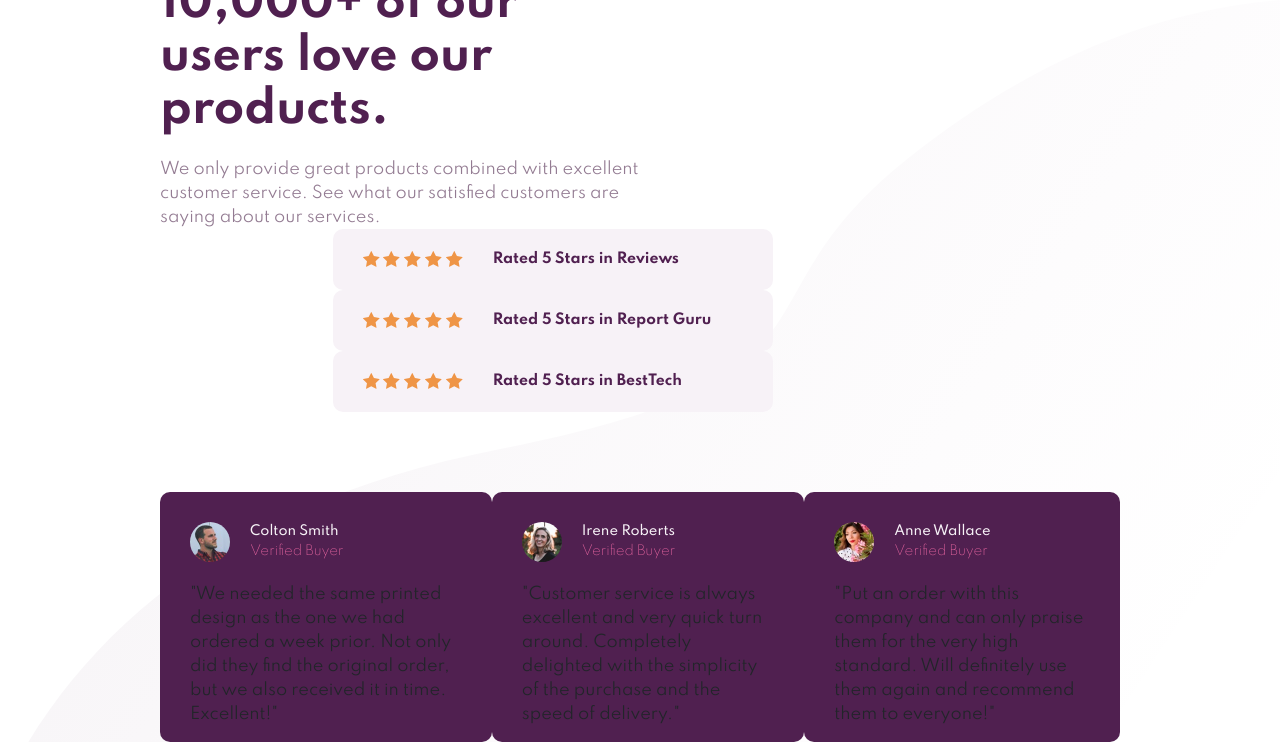
Repository: metehankasapp/social-proof-section-master
Page: index.html
These files come from the project's save history. The page is drawn as it stood at one moment and after the next save; the edit follows.
The browser window is 1280 px wide. The pictures show the whole page.
Some web libraries are served in a nearby version.

Above is the page before, as saved 2021-12-05 08:39:56.

After the next save:
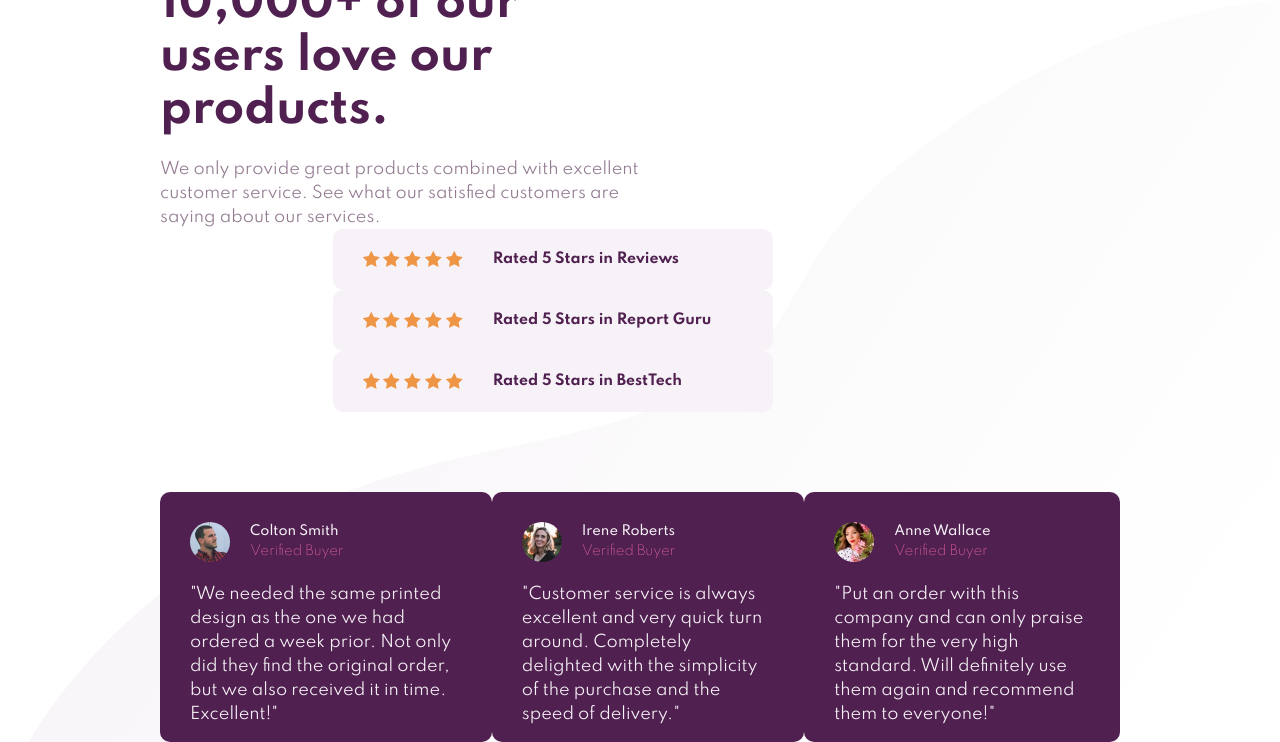
Saved 10 s later.
--- a/style.css
+++ b/style.css
@@ -119,4 +119,6 @@ body {
 
 .card-second p{
     margin-bottom: 0;
+    color: hsl(300, 24%, 96%);
+    font-size: 16px;
 }
